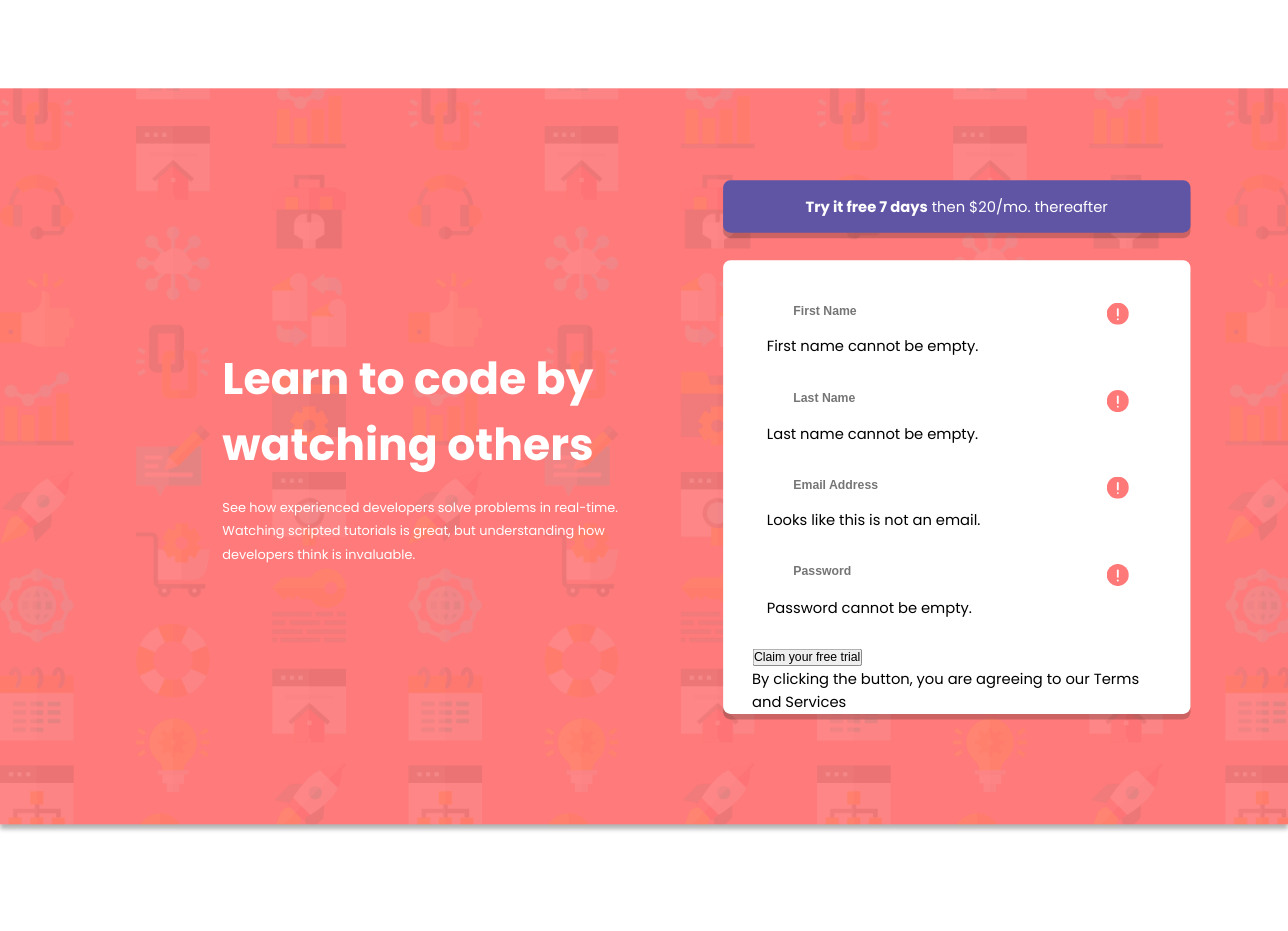
Repository: cipdanila/intro-component-with-sign-up-form
Page: v1/index.html
These files come from the project's save history. The page is drawn as it stood at one moment and after the next save; the edit follows.
The browser window is 1280 px wide. The page is 1400 px wide, so the pictures cover 1400 px, including what lies to the right of the window. The pictures show the whole page, at 92% of full size.

Above is the page before, as saved 2024-02-19 17:51:06.

After the next save:
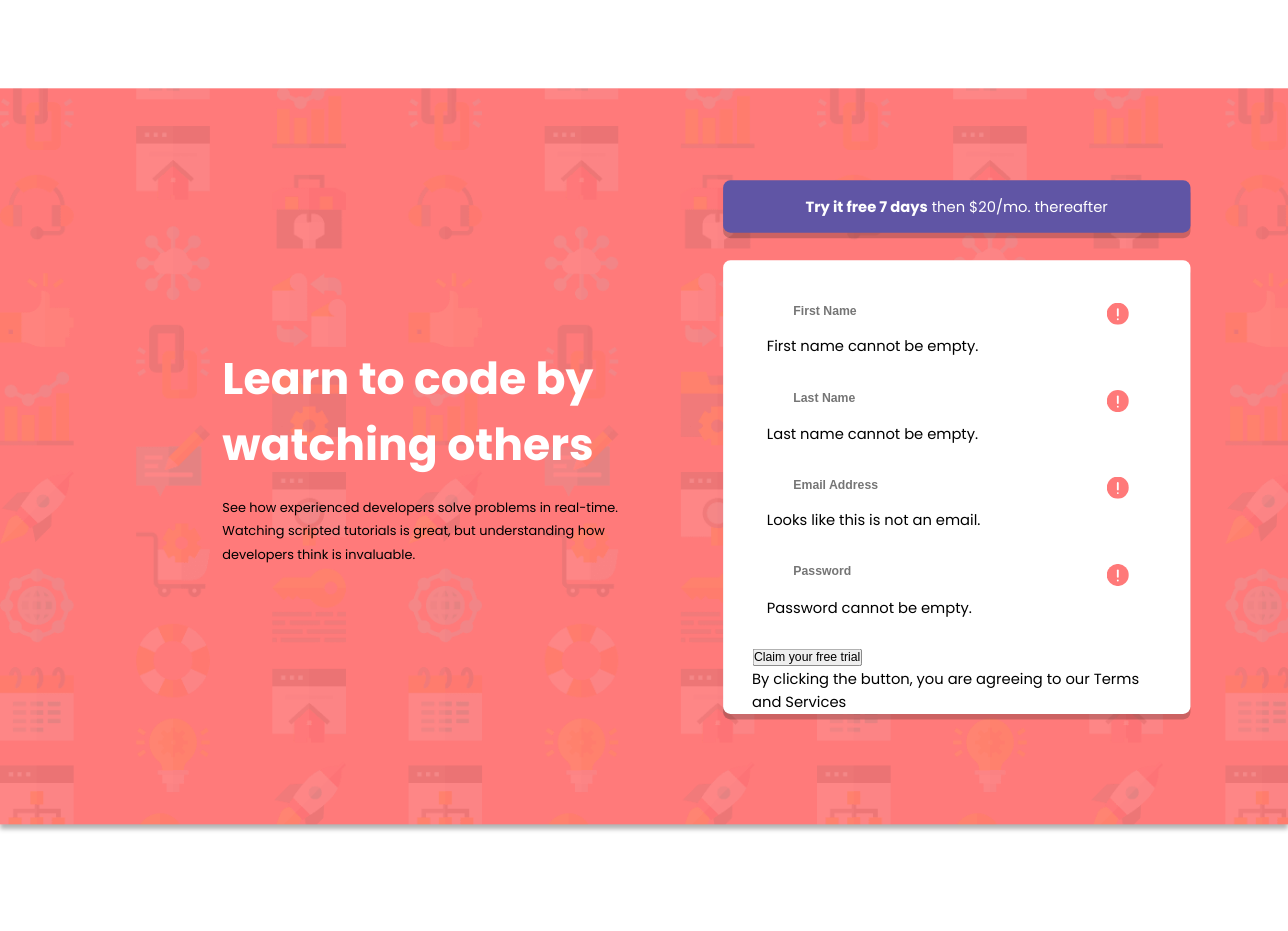
Saved 12 s later.
--- a/v1/css/style.css
+++ b/v1/css/style.css
@@ -62,6 +62,7 @@
 .learn-container p {
     font-size: 14px;
     line-height: 1.8;
+    color: #000;
 }
 
 .form-container {
